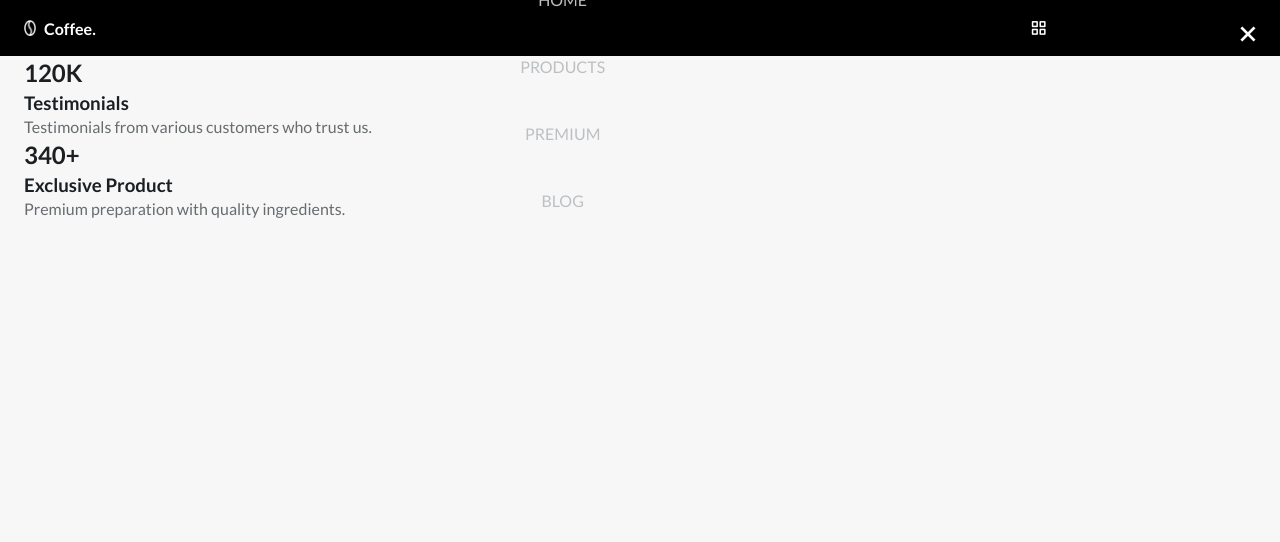
Repository: phong121020/coffee-responsive
Page: index.html
These files come from the project's save history. The page is drawn as it stood at one moment and after the next save; the edit follows.
The browser window is 1280 px wide. The pictures show the whole page.

Above is the page before, as saved 2022-03-06 15:33:42.

After the next save:
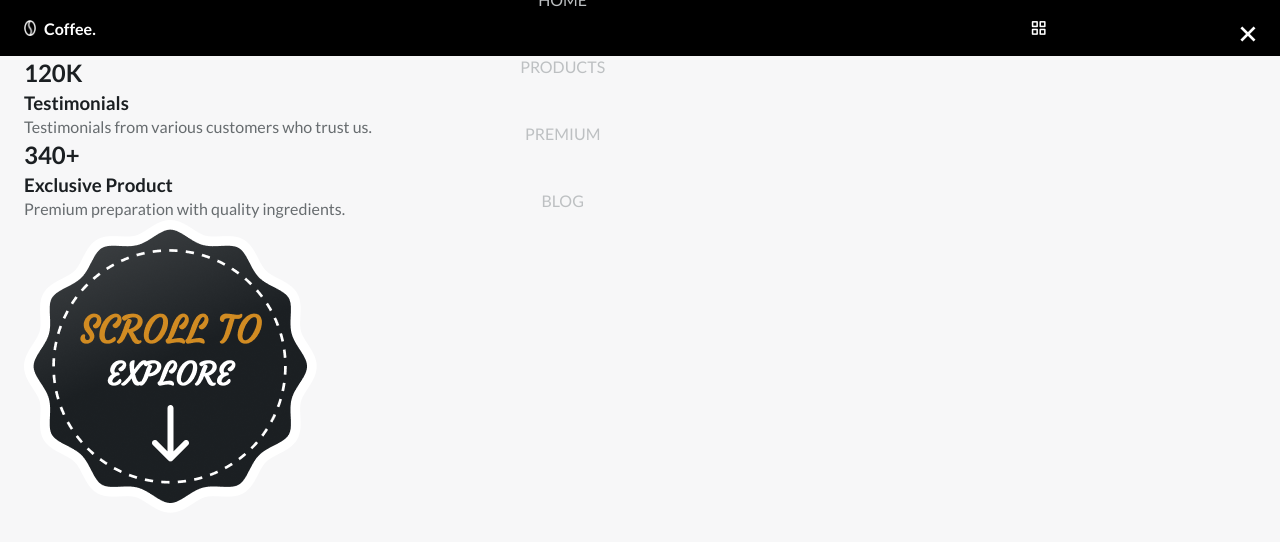
Saved 32 s later.
--- a/index.html
+++ b/index.html
@@ -78,7 +78,9 @@
                 </p>
               </div>
             </div>
-            <a href="#specialty"></a>
+            <a href="#specialty">
+              <img src="./assets/img/scroll.png" alt="" />
+            </a>
           </div>
         </div>
       </section>
